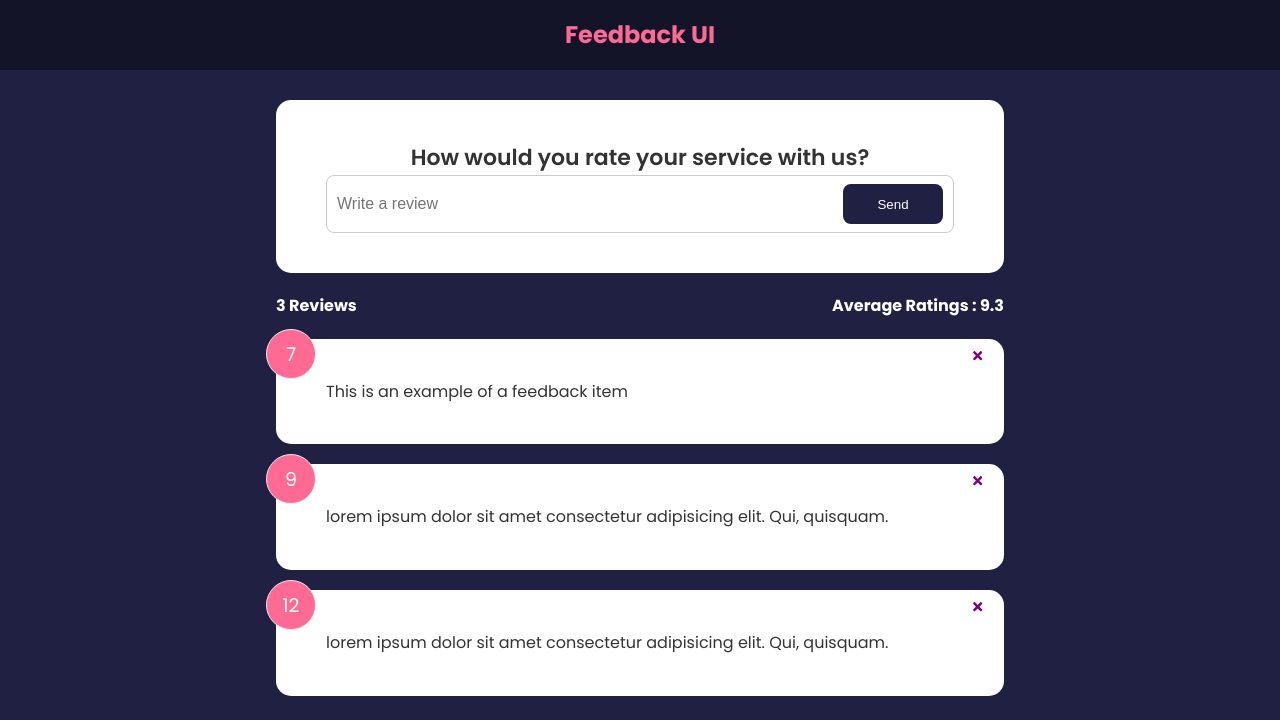
Repository: bayorwor/feedbackapp
Page: /
An editor plug-in stored every save of this project. The page is shown before and after the next save, followed by the edit.
The browser window is 1280 px wide. The pictures show the whole page.
The project was rebuilt for these pictures with package versions that can differ from the ones it lists, and the page was loaded fresh each time.

Above is the page before, as saved 2022-01-30 19:32:28.

### public/index.html
<!DOCTYPE html>
<html lang="en">
  <head>
    <meta charset="utf-8" />
    <link rel="icon" href="%PUBLIC_URL%/favicon.ico" />
    <meta name="viewport" content="width=device-width, initial-scale=1" />
    <meta name="theme-color" content="#000000" />
    <meta
      name="description"
      content="Web site created using create-react-app"
    />
    <link rel="apple-touch-icon" href="%PUBLIC_URL%/logo192.png" />
    <link rel="manifest" href="%PUBLIC_URL%/manifest.json" />
    <title>feedback app</title>
  </head>
  <body>
    <noscript>You need to enable JavaScript to run this app.</noscript>
    <div id="root"></div>
  </body>
</html>

### src/App.js
import { useState } from "react";
import Header from "./components/Header";
import feedbackData from "./data/feedBacks";
import FeedbackList from "./components/FeedbackList";
import FeedbackStats from "./components/FeedbackStats";
import FeedbackForm from "./components/FeedbackForm";

const App = () => {
  const [feedback, setFeedback] = useState(feedbackData);

  const deleteFeedback = (id) => {
    if (window.confirm("Are you sure you want to delete this feedback?")) {
      setFeedback(feedback.filter((feedback) => feedback.id !== id));
    }
  };

  return (
    <>
      <Header />
      <div className="container">
        <FeedbackForm />
        <FeedbackStats feedback={feedback} />
        <FeedbackList feedback={feedback} deleteFeedback={deleteFeedback} />
      </div>
    </>
  );
};

export default App;

### src/components/Header.jsx
import React from "react";
import PropTypes from "prop-types";

const Header = ({ text, bgColor, textColor }) => {
  const headerStyle = {
    backgroundColor: bgColor,
    color: textColor,
  };

  return (
    <header style={headerStyle}>
      <div className="container">
        <h2>{text}</h2>
      </div>
    </header>
  );
};

Header.defaultProps = {
  text: "Feedback UI",
  bgColor: "rgba(0, 0, 0, 0.4)",
  textColor: "#ff6a95",
};

Header.propTypes = {
  text: PropTypes.string,
  bgColor: PropTypes.string,
  textColor: PropTypes.string,
};

export default Header;

### src/data/feedBacks.js
const feedbackData = [
  {
    rating: 7,
    text: "This is an example of a feedback item",
    id: 1,
  },
  {
    rating: 9,
    text: "lorem  ipsum dolor sit  amet consectetur adipisicing elit. Qui, quisquam.",
    id: 2,
  },
  {
    rating: 12,
    text: "lorem  ipsum dolor sit  amet consectetur adipisicing elit. Qui, quisquam.",
    id: 3,
  },
];

export default feedbackData;

### src/components/FeedbackList.jsx
import PropTypes from "prop-types";
import FeedbaackItem from "./FeedbaackItem";

function FeedbackList({ feedback, deleteFeedback }) {
  if (!feedback || feedback.length === 0) {
    return <p>There are no feedbacks to display</p>;
  }

  return (
    <div className="feedback-list">
      {feedback.map((feedback) => (
        <FeedbaackItem
          key={feedback.id}
          feedback={feedback}
          deleteFeedback={deleteFeedback}
        />
      ))}
    </div>
  );
}

FeedbackList.propTypes = {
  feedback: PropTypes.arrayOf(
    PropTypes.shape({
      id: PropTypes.number.isRequired,
      text: PropTypes.string.isRequired,
      rating: PropTypes.number.isRequired,
    }).isRequired
  ).isRequired,
};

export default FeedbackList;

### src/components/FeedbackStats.jsx
import PropTypes from "prop-types";

function FeedbackStats({ feedback }) {
  let average =
    feedback.reduce((total, feedback) => total + feedback.rating, 0) /
    feedback.length;

  average = average.toFixed(1);

  return (
    <div className="feedback-stats">
      <h4>{feedback.length} Reviews</h4>
      <h4>Average Ratings : {isNaN(average) ? 0 : average}</h4>
    </div>
  );
}

FeedbackStats.propTypes = {
  feedback: PropTypes.array.isRequired,
};

export default FeedbackStats;

### src/components/FeedbackForm.jsx
import { useState } from "react";
import Card from "./shared/Card";
import Button from "./shared/Button";

function FeedbackForm() {
  const [text, setText] = useState("");

  const handleChange = (event) => {
    setText(event.target.value);
  };

  return (
    <Card>
      <form>
        <h2>How would you rate your service with us?</h2>
        <div className="input-group">
          <input
            onChange={handleChange}
            value={text}
            type="text"
            placeholder="Write a review"
          />
          <Button type="submit">Send</Button>
        </div>
      </form>
    </Card>
  );
}

export default FeedbackForm;

### src/components/FeedbaackItem.jsx
import { FaTimes } from "react-icons/fa";
import PropTypes from "prop-types";
import Card from "./shared/Card";

function FeedbaackItem({ feedback, deleteFeedback }) {
  return (
    <Card>
      <div className="num-display">{feedback.rating}</div>
      <button onClick={() => deleteFeedback(feedback.id)} className="close">
        <FaTimes color="purple" />
      </button>
      <div className="text-display">{feedback.text}</div>
    </Card>
  );
}

FeedbaackItem.propTypes = {
  feedback: PropTypes.shape({
    id: PropTypes.number.isRequired,
    text: PropTypes.string.isRequired,
    rating: PropTypes.number.isRequired,
  }).isRequired,
};

export default FeedbaackItem;

### src/components/shared/Card.jsx
import React from "react";
import PropTypes from "prop-types";

function Card({ children, reverse }) {
  return <div className={`card ${reverse && "reverse"}`}>{children}</div>;
}

Card.defaultProps = {
  reverse: false,
};

Card.propTypes = {
  children: PropTypes.node.isRequired,
  reverse: PropTypes.bool,
};

export default Card;

### src/components/shared/Button.js
import PropTypes from "prop-types";

function Button({ children, version, type, isDisabled }) {
  return (
    <button type={type} disabled={isDisabled} className={`btn btn-${version}`}>
      {children}
    </button>
  );
}

Button.defaultProps = {
  version: "primary",
  type: "button",
  isDisabled: false,
};

Button.prototype = {
  children: PropTypes.node.isRequired,
  version: PropTypes.string,
  type: PropTypes.string,
  isDisabled: PropTypes.bool,
};

export default Button;

Loaded but not shown: src/index.js (common file); src/index.css (common file)

After the next save:
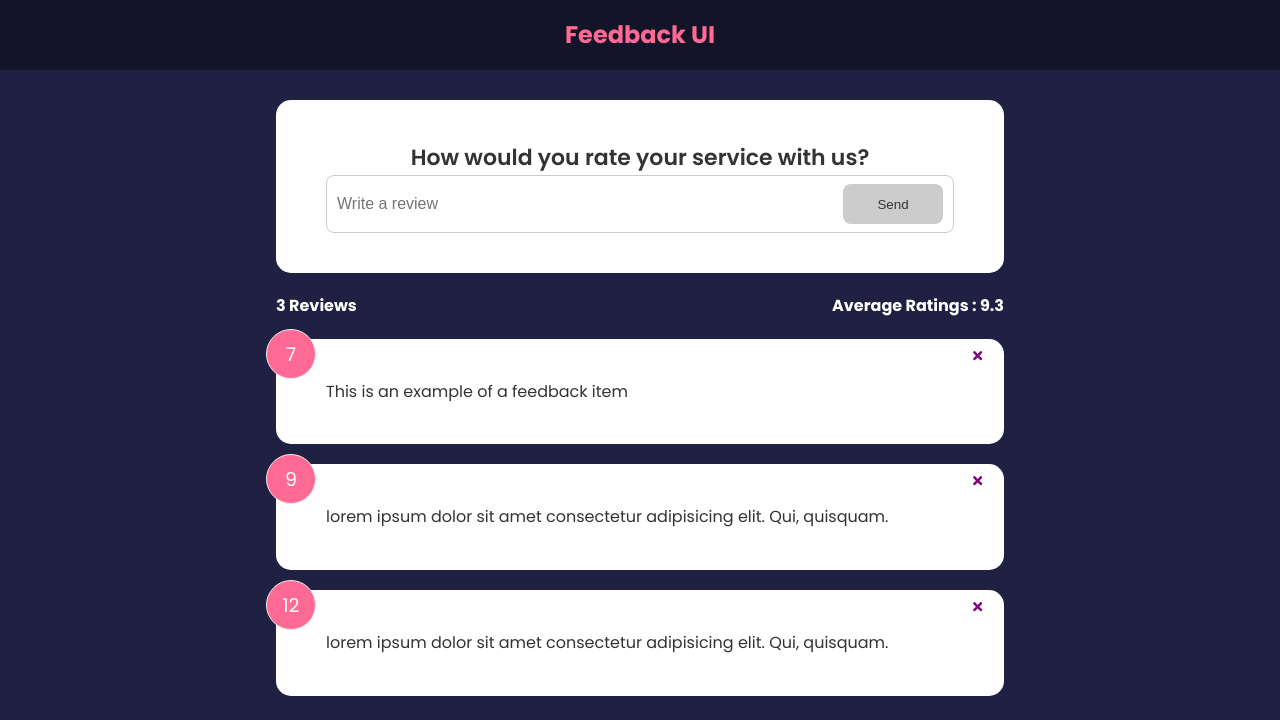
Saved 4 min 35 s later.
--- a/src/components/FeedbackForm.jsx
+++ b/src/components/FeedbackForm.jsx
@@ -4,6 +4,8 @@ import Button from "./shared/Button";
 
 function FeedbackForm() {
   const [text, setText] = useState("");
+  const [btnDisabled, setBtnDisabled] = useState(true);
+  const [message, setMessage] = useState("");
 
   const handleChange = (event) => {
     setText(event.target.value);
@@ -20,7 +22,9 @@ function FeedbackForm() {
             type="text"
             placeholder="Write a review"
           />
-          <Button type="submit">Send</Button>
+          <Button type="submit" isDisabled={btnDisabled}>
+            Send
+          </Button>
         </div>
       </form>
     </Card>
